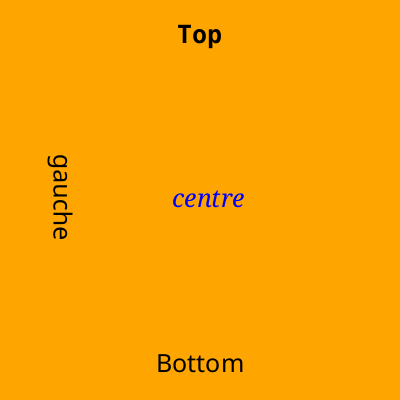
Repository: guehel/Workspace
Program's window: java HelloWorldJavaFx/src/application/Main.java
The author's editor kept a copy of each file at every save. The program's window is drawn from the files as they stood at one save, then again after the next save.
It runs on Java 21 on a 1366 x 768 screen with JavaFX 11; the title bar is not drawn.

Above is the program's window before, as saved 2014-09-25 22:56:56.

After the next save:
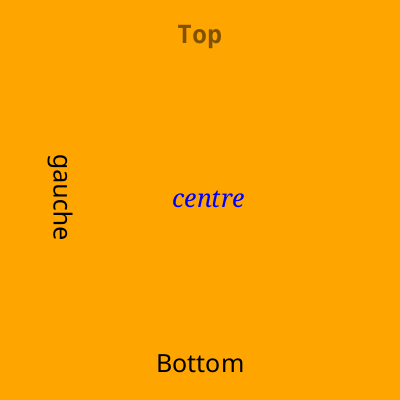
Saved 62 s later.
--- a/HelloWorldJavaFx/src/application/Main.java
+++ b/HelloWorldJavaFx/src/application/Main.java
@@ -35,7 +35,7 @@
 			root.getCenter().setStyle("-fx-background-color: orange;");
 			root.getCenter().setStyle("-fx-font-family:serif; -fx-font-style:italic;-fx-stroke-with: 10px;-fx-fill: blue;");
 			root.getLeft().setStyle("-fx-rotate: 90deg;");
-			root.getTop().setStyle("-fx-font-weight: bold;-fx-font-family:monospace;");
+			root.getTop().setStyle("-fx-font-weight: bold;-fx-font-family:monospace;-fx-opacity:0.5;");
 			root.getRight().setStyle("visibility:hidden;");
 			BorderPane.setAlignment(root.getCenter(), Pos.CENTER);
 			BorderPane.setAlignment(root.getTop(), Pos.CENTER);
